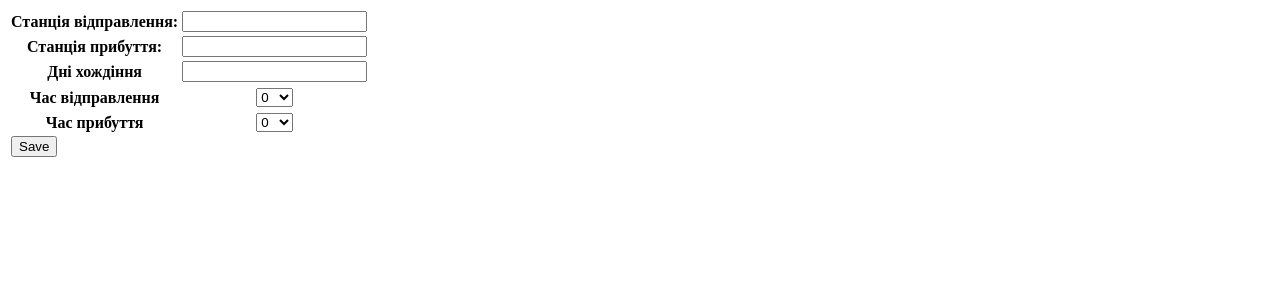
Repository: predator11/Project
Page: http://localhost/TimetableProject/edit.jsp
An editor plug-in stored every save of this project. The page is shown before and after a run of saves, followed by the edit.
The browser window is 1280 px wide. The pictures show the whole page.
The page is served by Tomcat 9. Nobody is signed in. The application's start-up code is not run.

Above is the page before, as saved 2015-06-29 14:34:01.

After the next 2 saves:
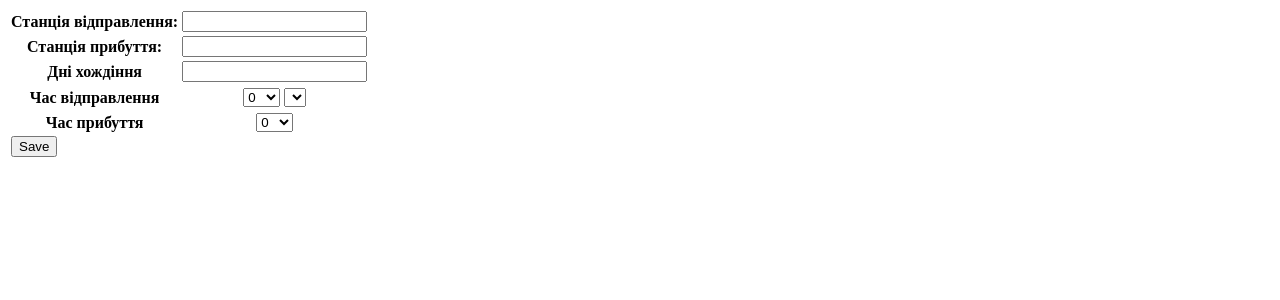
The 2 saves are shown as one change because 1 did not build or start.
The last was saved 2 h 31 min later.
--- a/TimetableProject/WebContent/edit.jsp
+++ b/TimetableProject/WebContent/edit.jsp
@@ -30,7 +30,9 @@
             <c:forEach var="i" begin="0" end="24">
              <option select value="${i}" id="departureHour"> ${i }
             </c:forEach>
-            <c:forEach var="i" begin="0" end="24">
+          </select>
+           <select name="arrivalTime" size=1>
+             <c:forEach var="j" begin="0" end="60">
              <option select value="${i}" id="departureMinut"> ${i }
             </c:forEach>
            </select>
